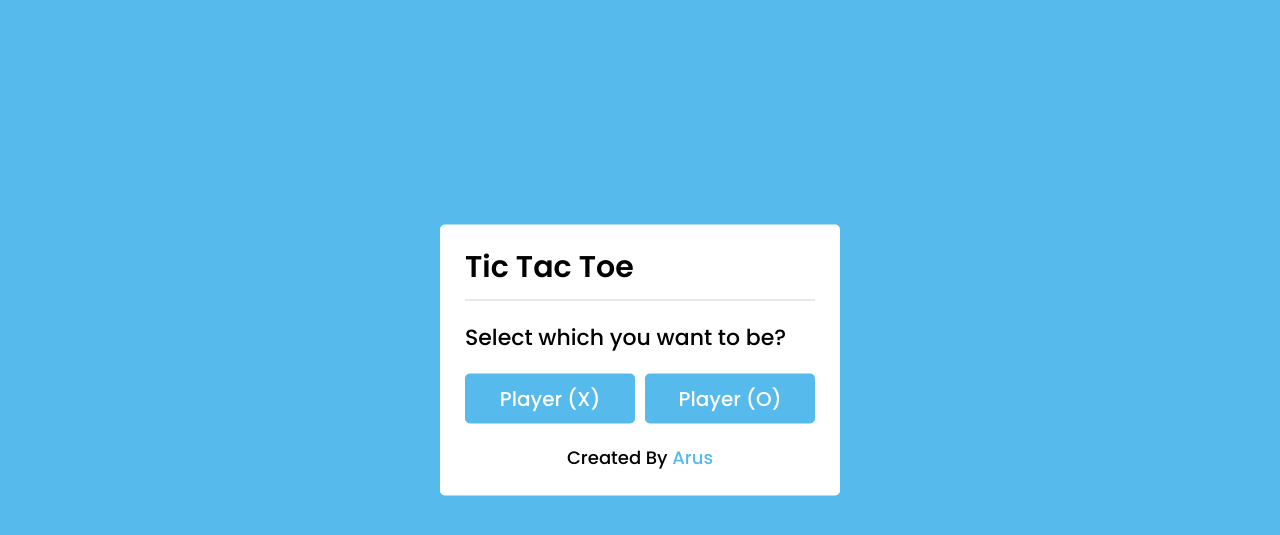
Repository: LusyaPetrosyan/Tic-Tac-Toe
Page: index.html
The author's editor kept a copy of each file at every save. The page is drawn from the files as they stood at one save, then again after the next save.
The browser window is 1280 px wide. The pictures show the whole page.

Above is the page before, as saved 2022-02-07 02:53:00.

After the next save:
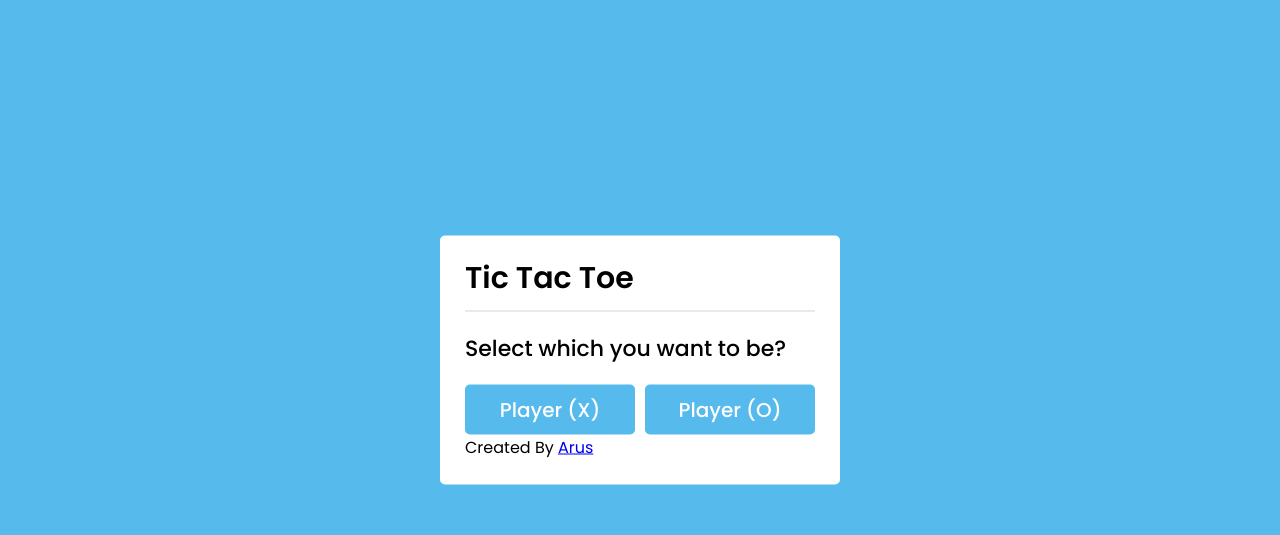
Saved 13 s later.
--- a/index.html
+++ b/index.html
@@ -18,7 +18,7 @@
         <button class="playerX">Player (X)</button>
         <button class="playerO">Player (O)</button>
       </div>
-      <div class="credit">Created By <a href="https://www.linkedin.com/in/arusyak-aghajanyan/" target="_blank">Arus</a></div>
+      <lass="credit">Created By <a href="https://www.linkedin.com/in/arusyak-aghajanyan/" target="_blank">Arus</a></div>
     </div>
   </div>
   <!-- playboard section -->
